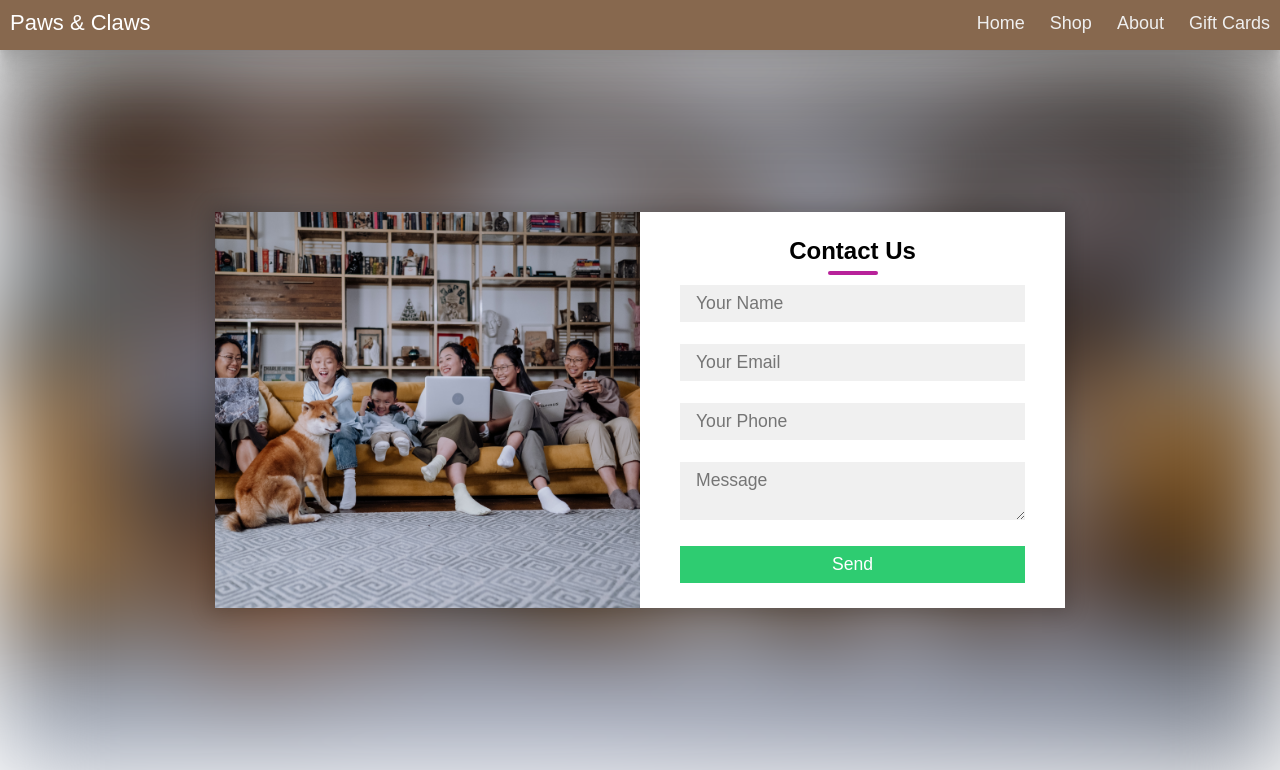
Repository: LtGriff/petProject
Page: dist/contact.html
These files come from the project's save history. The page is drawn as it stood at one moment and after the next save; the edit follows.
The browser window is 1280 px wide. The pictures show the whole page.

Above is the page before, as saved 2022-05-19 05:09:54.
Console error: SyntaxError: Unexpected token ':'

### dist/contact.html
<!DOCTYPE html>
<html lang="en">
<head>
    <meta charset="UTF-8">
    <meta http-equiv="X-UA-Compatible" content="IE=edge">
    <meta name="viewport" content="width=device-width, initial-scale=1.0">
    <title>Let's Connect!</title>
    <link rel="stylesheet" type="text/css" href="../CSS/contact.css">
</head>
<body>

<!--NAV RIGHT SIDE-->

<div class="nav">
    <input type="checkbox" id="nav-check">
    <div class="nav-header">
      <div class="nav-title">
        Paws & Claws
      </div>
    </div>
    <div class="nav-btn">
      <label for="nav-check">
        <span></span>
        <span></span>
        <span></span>
      </label>
    </div>

    <div class="nav-links">
      <a href="index.html" target="">Home</a>
      <a href="shop.html" target="_blank">Shop</a>
      <a href="about.html" target="_blank">About</a>
      <a href="giftcard.html" target="_blank">Gift Cards</a>
    </div>
  </div>











<!-- partial -->
  <script  src="./script.js"></script>



    <div class="container">
        <div class="contact-box">
        <div class="left"></div>
        <div class="right">
            <h2>Contact Us</h2>
            <input type="text" class="field" placeholder="Your Name">
            <input type="email" class="field" placeholder="Your Email">
            <input type="text" class="field" placeholder="Your Phone">
            <textarea class="field" placeholder="Message"></textarea>
            <button class="btn">Send</button>
        </div>
        </div>
        </div>

</body>
</html>

### dist/CSS/contact.css
*{
    padding: 0;
    margin: 0;
    box-sizing: border-box;
    font-family: 'quicksand', sans-serif;
    box-sizing: border-box;
}

body{
    width: 100%;
    height: 100vh;
}

.container{
    position: relative;
    display: flex;
    justify-content: center;
    align-items: center;
    width: 100%;
    height: 100%;
    padding: 20px 100;
}

.container:after{
    content: '';
    position: absolute;
    left: 0;
    top: 0;
    width: 100%;
    height: 100%;
    background: url("../img/dogphone.jpg") no-repeat center;
    background-size: cover;
    z-index: -100;
    filter: blur(50px);
}

.contact-box{
    max-width: 850px;
    display: grid;
    grid-template-columns: repeat(2,1fr);
    justify-content: center;
    align-items: center;
    text-align: center;
    background-color: #fff;
    box-shadow: 0px 0px 19px 5px rgba(0, 0, 0, 0.19);
}

.left{
    height: 100%;
    background: url("../img/dogphone.jpg") no-repeat center;
    background-size: cover;
}

.right{
    padding: 25px 40px;
}

h2{
    position: relative;
    padding-bottom: 10px;
    margin-bottom: 10px;
}

h2:after{
    content: '';
    position: absolute;
    left: 50%;
    bottom: 0;
    transform: translateX(-50%);
    height: 4px;
    width: 50px;
    border-radius: 2px;
    background-color: #b8229a;
}

.field{
    width: 100%;
    padding: 0.5rem 1rem;
    outline: none;
    border: 2px; solid rgba(0, 0, 0, 0);
    background-color: rgba(230, 230, 230, 0.6);
    font-size: 1.1rem;
    margin-bottom: 22px;
    transition: .3s;
}

.field:hover{
    background-color: rgba(0, 0, 0, 0.1);
}

.field:focus{
    background-color: #fff;
    border: 2px solid rgba(30, 85, 250, 0.47);

}

.area{
    min-height: 150px;
}

.btn{
    width: 100%;
    padding: 0.5rem 1rem;
    font-size: 1.1rem;
    background-color: #2ecc71;
    cursor: pointer;
    outline: none;
    border: none;
    color: #fff;
    transition: .3s;
}

.btn:hover{
    background-color: #27ae60;
}









/** NAV BAR **/

* {
  box-sizing: border-box;
}

body {
  margin: 0px;
  font-family: 'segoe ui';
}

.nav {
  height: 50px;
  width: 100%;
  background-color: #87684e;

/**
  opacity: .5;
  filter: alpha(opacity=50);
  position: relative;**/
  /* z-index: ; */


  box-shadow:
  0 2.8px 2.2px rgba(0, 0, 0, 0.034),
  0 6.7px 5.3px rgba(0, 0, 0, 0.048),
  0 12.5px 10px rgba(0, 0, 0, 0.06),
  0 22.3px 17.9px rgba(11, 4, 4, 0.072),
  0 41.8px 33.4px rgba(0, 0, 0, 0.086),
  0 100px 80px rgba(0, 0, 0, 0.12);
}

.nav > .nav-header {
  display: inline;
}

.nav > .nav-header > .nav-title {
  display: inline-block;
  font-size: 22px;
  color: #fff;
  padding: 10px 10px 10px 10px;
}

.nav > .nav-btn {
  display: none;
}

.nav > .nav-links {
  display: inline;
  float: right;
  z-index: 9;
  font-size: 18px;
}

.nav > .nav-links > a {
  display: inline-block;
  padding: 13px 10px 13px 10px;
  text-decoration: none;
  color: #efefef;
}

.nav > .nav-links > a:hover {
  background-color: rgba(0, 0, 0, 0.3);
}

.nav > #nav-check {
  display: none;
}

@media (max-width:600px) {
  .nav > .nav-btn {
    display: inline-block;
    position: absolute;
    right: 0px;
    top: 0px;
  }
  .nav > .nav-btn > label {
    display: inline-block;
    width: 50px;
    height: 50px;
    padding: 13px;
  }
  .nav > .nav-btn > label:hover,.nav  #nav-check:checked ~ .nav-btn > label {
    background-color: rgba(0, 0, 0, 0.3);
  }
  .nav > .nav-btn > label > span {
    display: block;
    width: 25px;
    height: 10px;
    border-top: 2px solid #eee;
  }
  .nav > .nav-links {
    position: absolute;
    display: block;
    width: 100%;
    background: rgb(234,212,189);
    background: linear-gradient(7deg, rgba(234,212,189,1) 0%, rgba(204,175,140,1) 24%, rgba(191,161,124,1) 64%, rgba(135,104,78,1) 98%);
    height: 0px;
    transition: all 0.3s ease-in;
    overflow-y: hidden;
    top: 50px;
    left: 0px;
  }
  .nav > .nav-links > a {
    display: block;
    width: 100%;
  }
  .nav > #nav-check:not(:checked) ~ .nav-links {
    height: 0px;
  }
  .nav > #nav-check:checked ~ .nav-links {
    height: calc(28vh - 50px);
    overflow-y: auto;
  }
}

@media screen and (max-width:880px){

    .contact-box{
        grid-template-columns: 1fr;
    }

    .left{
        height: 200px;
    }
}
**/

### dist/script.js
const menuToggle = document.querySelector('.toggle');
      const showcase = document.querySelector('.showcase');

      menuToggle.addEventListener('click', () => {
        menuToggle.classList.toggle('active');
        showcase.classList.toggle('active');
      })

// product shop page images

const shop = [
  {
    image: 'img.catpink.jpg',
    price: '0.56',
    description: "Weruvacat Food"
  },

  {
    image:
    price:
    description:
  },
































]


let postHTML = " ";


for (let i = 0; i < shop.length; i++) {
    let heading = '<div class="product col-sm-6 col-md-4 col-lg-3">';
    let image = '<img class="img-fluid mb-4" src="' + shop[i].image + '"/';
    let price = '<div><p>' + '<span class="price"> $' + shop[i].price + '</span>';
    let description = shop[i].description + '</p><a class="cart" href="#"><i class="fas fa-cart-plus"></i></a> <a class="view" href="#" target="_blank"> View Item</a></div></div>';
    let concatThis = heading + image + price + description;
    postHTML = postHTML + concatThis;
  }
document.getElementById('market').innerHTML = postHTML;

After the next save:
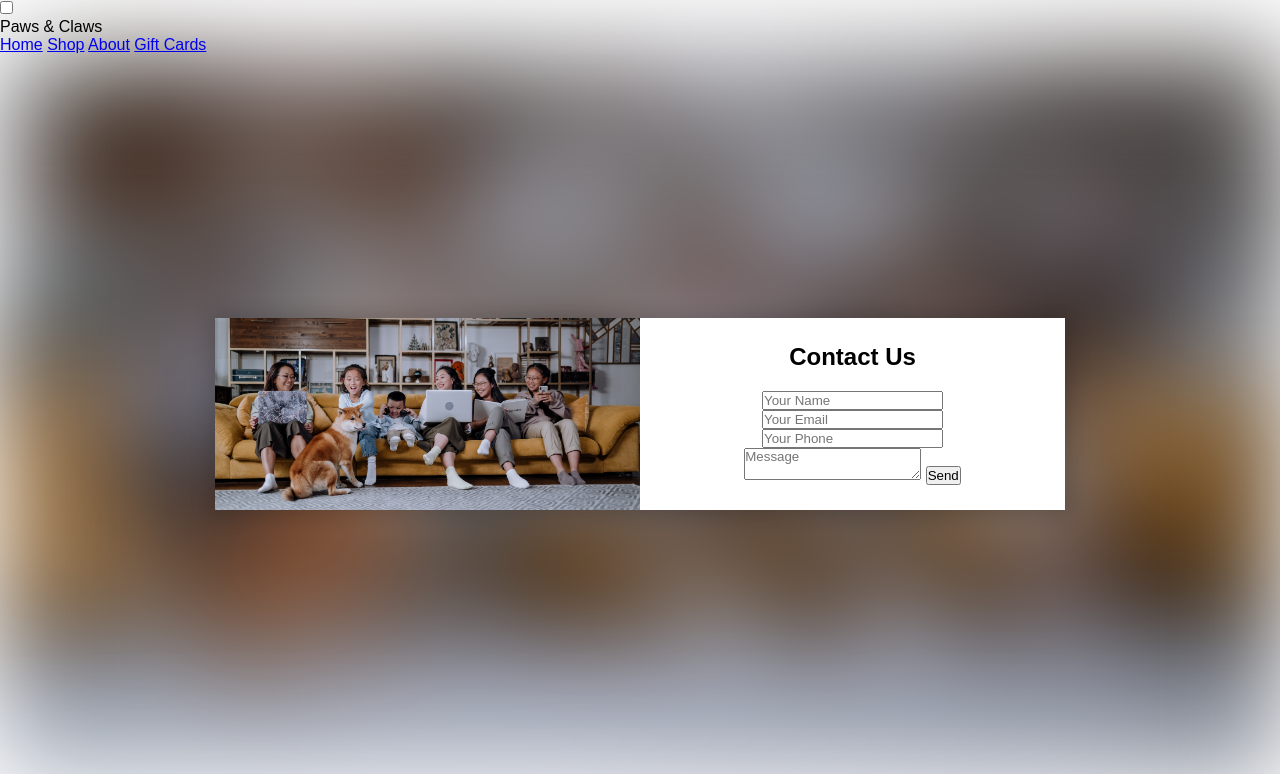
Saved 10 s later.
--- a/dist/CSS/contact.css
+++ b/dist/CSS/contact.css
@@ -70,6 +70,8 @@
     height: 4px;
     width: 50px;
     border-radius: 2px;
+
+    /**
     background-color: #b8229a;
 }
 

After the save that followed:
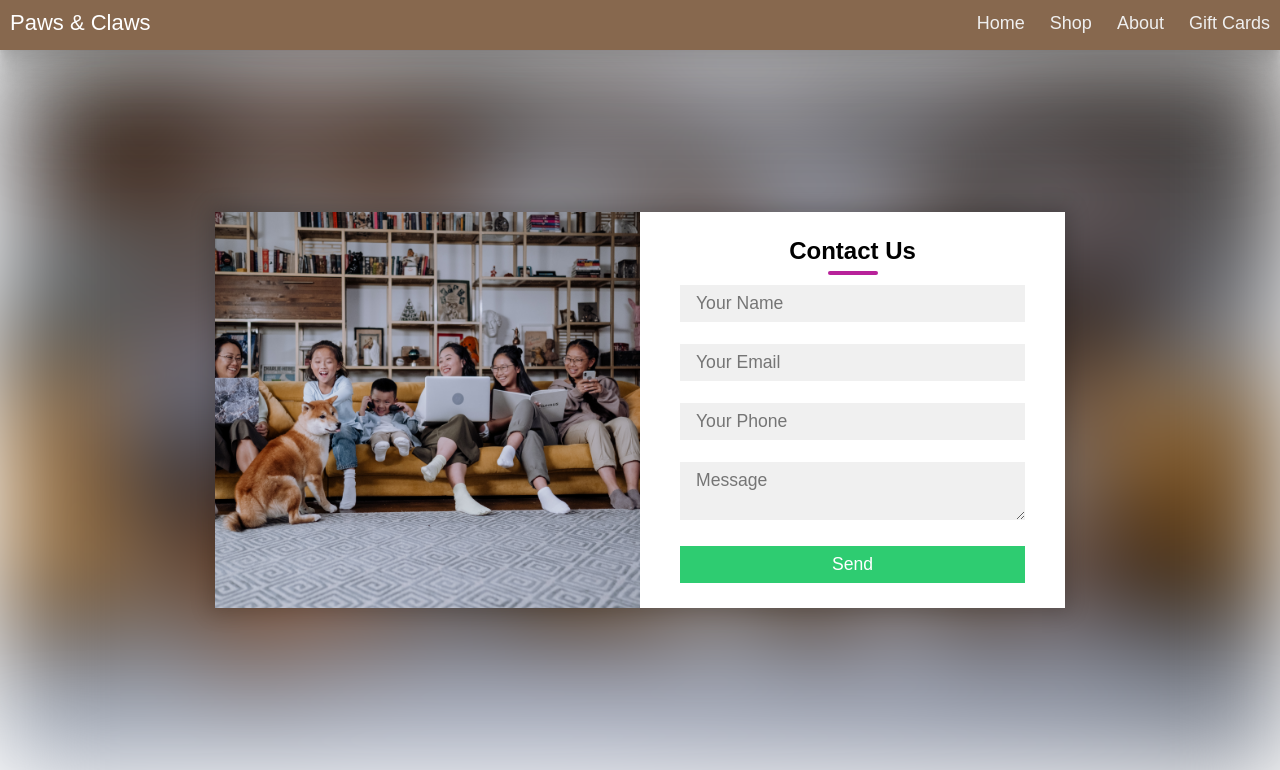
Saved 8 s later.
--- a/dist/CSS/contact.css
+++ b/dist/CSS/contact.css
@@ -71,7 +71,7 @@
     width: 50px;
     border-radius: 2px;
 
-    /**
+    /** Bar underneath Contact US **/
     background-color: #b8229a;
 }
 
